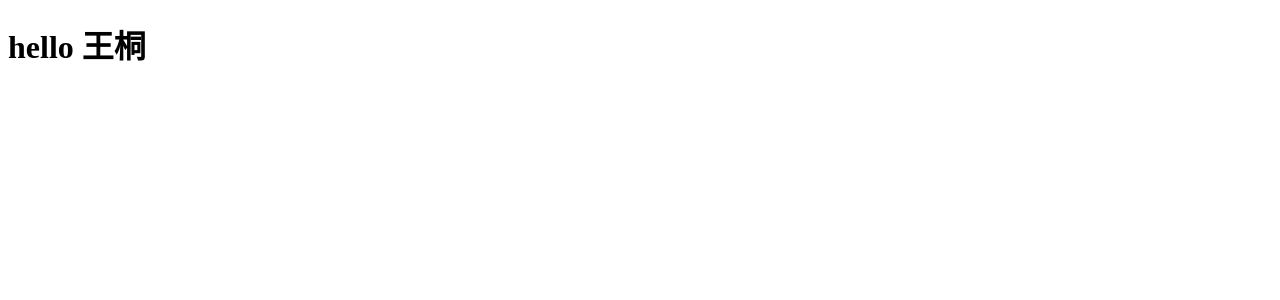
Repository: reggiepy/vueLeaning
Page: 01 初识vue/初识vue.html
An editor plug-in stored every save of this project. The page is shown before and after the next save, followed by the edit.
The browser window is 1280 px wide. The pictures show the whole page.

Above is the page before, as saved 2021-12-04 22:50:54.

### 01 初识vue/初识vue.html
<!DOCTYPE html>
<html lang="en">
  <head>
    <meta charset="UTF-8" />
    <meta http-equiv="X-UA-Compatible" content="IE=edge" />
    <meta name="viewport" content="width=device-width, initial-scale=1.0" />
    <title>初识vue</title>
    <script type="text/javascript" src="../js/vue.js"></script>
  </head>
  <body>
    <div id="root">
      <h1>hello {{name}}</h1>
    </div>
    <script type="text/javascript">
      Vue.config.productionTip = false;

      // 创建Vue实例
      const x = new Vue({
          el: "#root",
          data: {
              name: "王桐",
          }
      })
    </script>
  </body>
</html>

Loaded but not shown: js/vue.js (library)

After the next save:
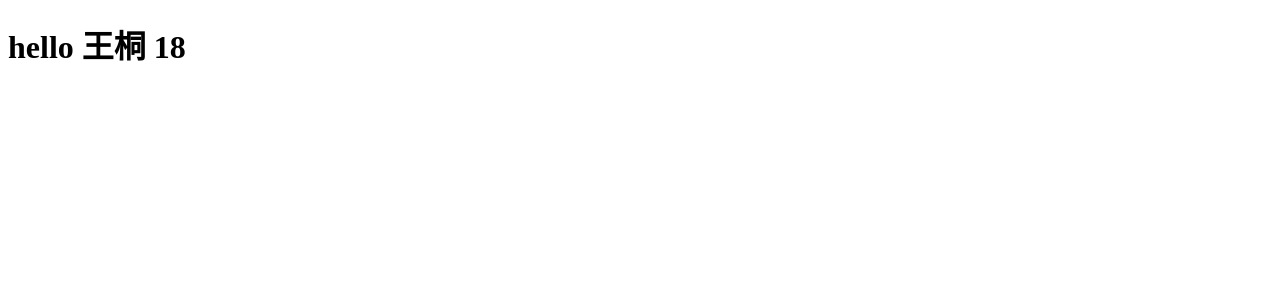
Saved 25 s later.
--- a/01 初识vue/初识vue.html
+++ b/01 初识vue/初识vue.html
@@ -9,7 +9,7 @@
   </head>
   <body>
     <div id="root">
-      <h1>hello {{name}}</h1>
+      <h1>hello {{name}} {{age}}</h1>
     </div>
     <script type="text/javascript">
       Vue.config.productionTip = false;
@@ -19,6 +19,7 @@
           el: "#root",
           data: {
               name: "王桐",
+              age: 18
           }
       })
     </script>
